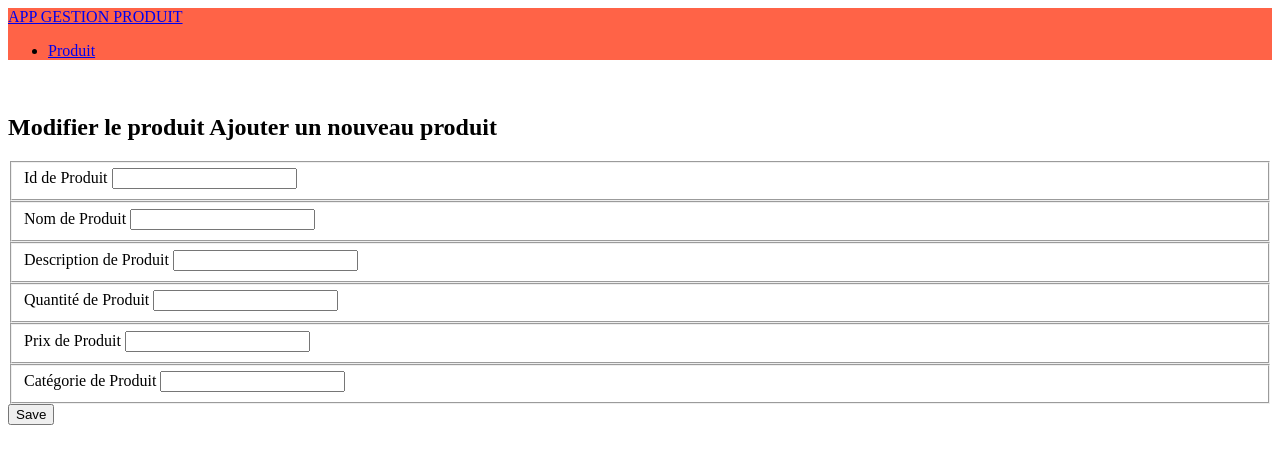
Repository: youssefeddib/ManagSport
Page: http://localhost/Application_du_gestion/
These files come from the project's save history. The page is drawn as it stood at one moment and after the next save; the edit follows.
The browser window is 1280 px wide. The pictures show the whole page.
The page is served by Tomcat 9. The template is opened directly, without the code that normally fills it, so the values that code supplies are empty.

Above is the page before, as saved 2025-02-13 11:26:51.

After the next save:
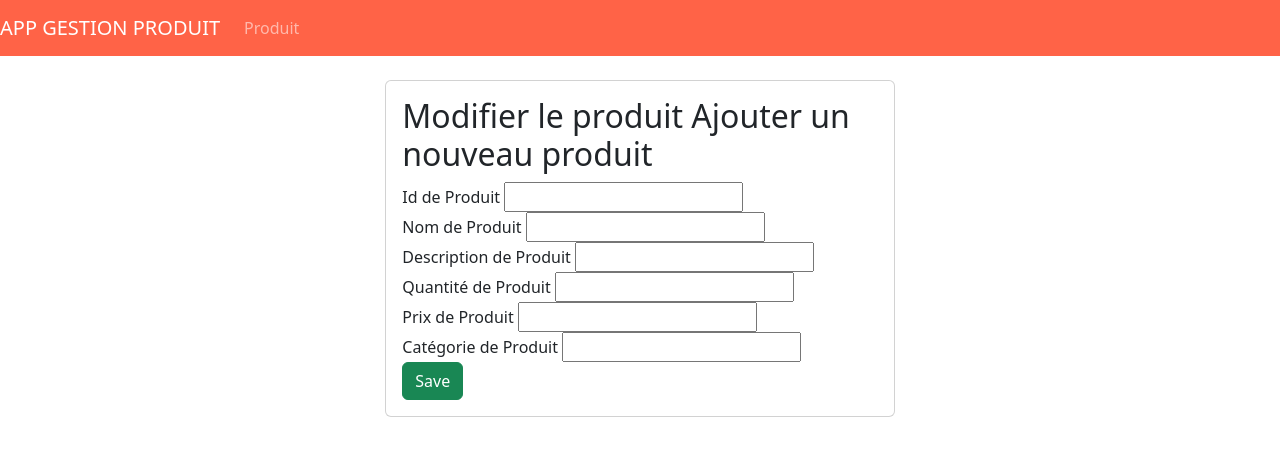
Saved 8 min 26 s later.
--- a/Application du gestion/src/main/webapp/index.jsp
+++ b/Application du gestion/src/main/webapp/index.jsp
@@ -3,7 +3,7 @@
 <head>
 <meta charset="UTF-8">
 <title>Applicatin gestion de stock</title>
-<link href="">
+<link href="https://cdn.jsdelivr.net/npm/bootstrap@5.3.2/dist/css/bootstrap.min.css" rel="stylesheet">
 </head>
 <body>
 <header>

After the save that followed:
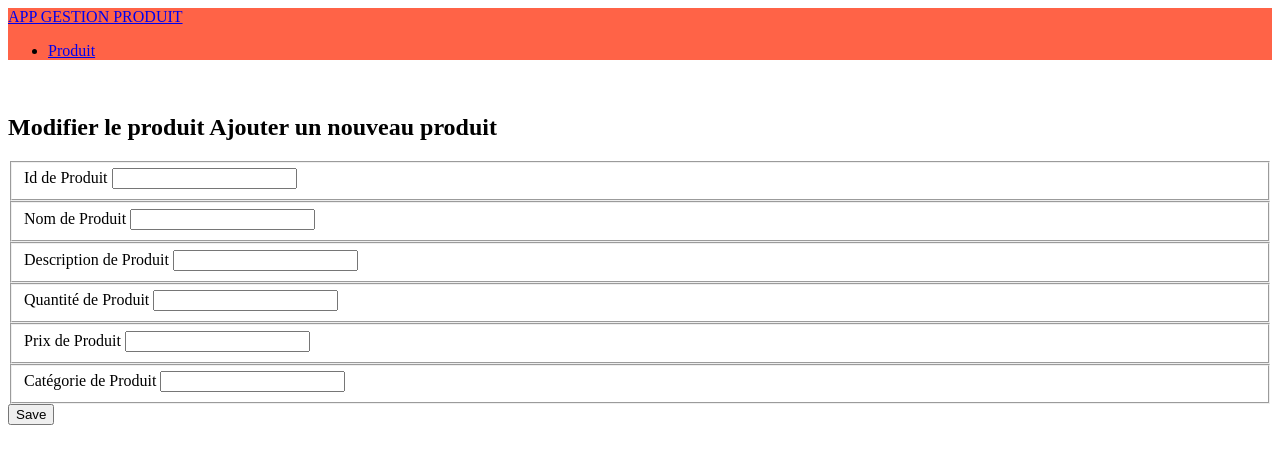
Saved 105 s later.
--- a/Application du gestion/src/main/webapp/index.jsp
+++ b/Application du gestion/src/main/webapp/index.jsp
@@ -3,7 +3,7 @@
 <head>
 <meta charset="UTF-8">
 <title>Applicatin gestion de stock</title>
-<link href="https://cdn.jsdelivr.net/npm/bootstrap@5.3.2/dist/css/bootstrap.min.css" rel="stylesheet">
+
 </head>
 <body>
 <header>
